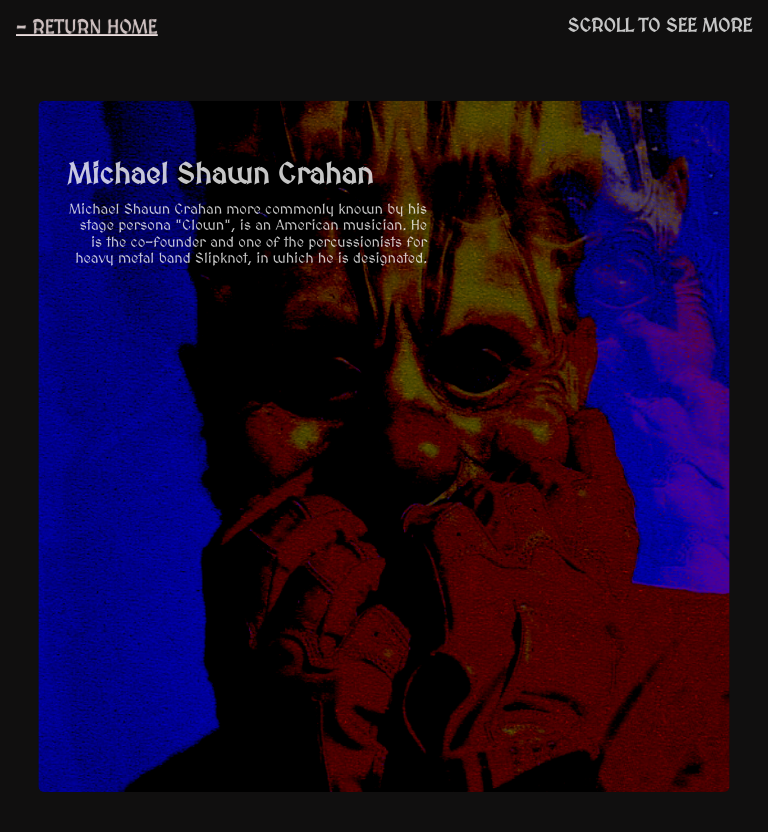
Repository: larissioana/artist-portfolio
Page: /band
An editor plug-in stored every save of this project. The page is shown before and after a run of saves, followed by the edit.
The browser window is 768 px wide. The pictures show the whole page.
The project was rebuilt for these pictures with package versions that can differ from the ones it lists, and the page was loaded fresh each time. Also part of the build but not shown: vite.config.js, src/components/albums/albums.scss, src/utils/discography.js, src/components/modal/modal.scss, src/components/pageTransition/PageTransition.jsx, src/components/modal/Modal.jsx, src/components/albums/AlbumsPage.jsx, src/components/navigation/navigation.scss and 10 more.

Above is the page before, as saved 2024-11-04 11:42:51.

After the next 3 saves:
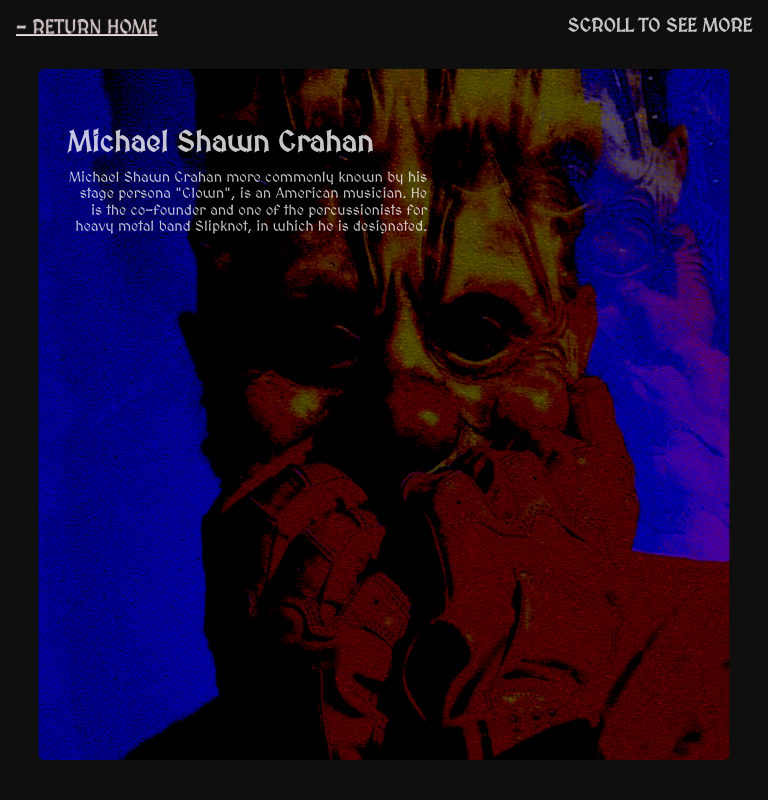
The 3 saves are shown as one change because they came seconds apart.
The last was saved 24 s later.
--- a/src/components/band/band.css
+++ b/src/components/band/band.css
@@ -63,10 +63,6 @@
 
 @media screen and (max-width: 768px)
 {
-    .slide
-    {
-        margin-top: 2rem;
-    }
 
     .title-link
     {
